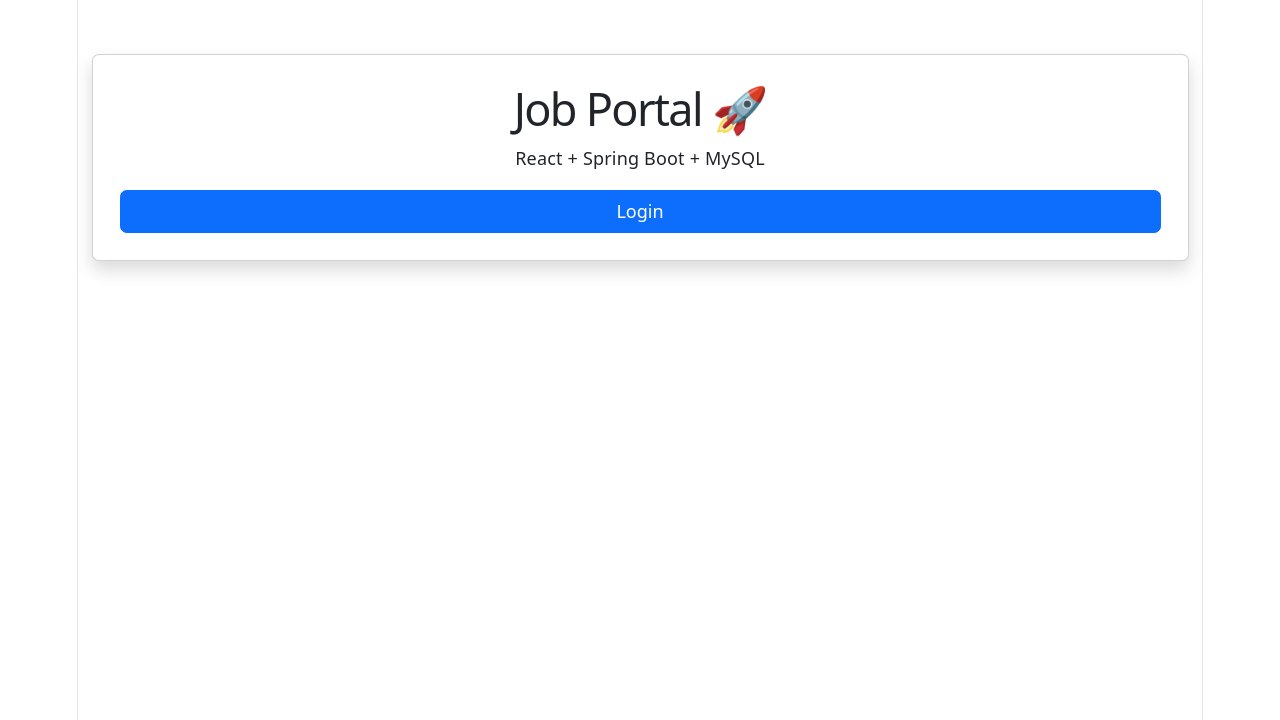
Repository: vijaymp1214/Job-Portal-Management-System
Page: / (app in frontend/)
The author's editor kept a copy of each file at every save. The page is drawn from the files as they stood at one save, then again after the next save.
The browser window is 1280 px wide. The pictures show the whole page.
The project was rebuilt for these pictures with package versions that can differ from the ones it lists, and the page was loaded fresh each time. Also part of the build but not shown: frontend/vite.config.js.

Above is the page before, as saved 2026-05-30 12:55:08.

### frontend/index.html
<!doctype html>
<html lang="en">
  <head>
    <meta charset="UTF-8" />
    <link rel="icon" type="image/svg+xml" href="/favicon.svg" />
    <meta name="viewport" content="width=device-width, initial-scale=1.0" />
    <title>jobportal-frontend</title>
  </head>
  <body>
    <div id="root"></div>
    <script type="module" src="/src/main.jsx"></script>
  </body>
</html>

### frontend/src/index.css
:root {
  --text: #6b6375;
  --text-h: #08060d;
  --bg: #fff;
  --border: #e5e4e7;
  --code-bg: #f4f3ec;
  --accent: #aa3bff;
  --accent-bg: rgba(170, 59, 255, 0.1);
  --accent-border: rgba(170, 59, 255, 0.5);
  --social-bg: rgba(244, 243, 236, 0.5);
  --shadow:
    rgba(0, 0, 0, 0.1) 0 10px 15px -3px, rgba(0, 0, 0, 0.05) 0 4px 6px -2px;

  --sans: system-ui, 'Segoe UI', Roboto, sans-serif;
  --heading: system-ui, 'Segoe UI', Roboto, sans-serif;
  --mono: ui-monospace, Consolas, monospace;

  font: 18px/145% var(--sans);
  letter-spacing: 0.18px;
  color-scheme: light dark;
  color: var(--text);
  background: var(--bg);
  font-synthesis: none;
  text-rendering: optimizeLegibility;
  -webkit-font-smoothing: antialiased;
  -moz-osx-font-smoothing: grayscale;

  @media (max-width: 1024px) {
    font-size: 16px;
  }
}

@media (prefers-color-scheme: dark) {
  :root {
    --text: #9ca3af;
    --text-h: #f3f4f6;
    --bg: #16171d;
    --border: #2e303a;
    --code-bg: #1f2028;
    --accent: #c084fc;
    --accent-bg: rgba(192, 132, 252, 0.15);
    --accent-border: rgba(192, 132, 252, 0.5);
    --social-bg: rgba(47, 48, 58, 0.5);
    --shadow:
      rgba(0, 0, 0, 0.4) 0 10px 15px -3px, rgba(0, 0, 0, 0.25) 0 4px 6px -2px;
  }

  #social .button-icon {
    filter: invert(1) brightness(2);
  }
}

body {
  margin: 0;
}

#root {
  width: 1126px;
  max-width: 100%;
  margin: 0 auto;
  text-align: center;
  border-inline: 1px solid var(--border);
  min-height: 100svh;
  display: flex;
  flex-direction: column;
  box-sizing: border-box;
}

h1,
h2 {
  font-family: var(--heading);
  font-weight: 500;
  color: var(--text-h);
}

h1 {
  font-size: 56px;
  letter-spacing: -1.68px;
  margin: 32px 0;
  @media (max-width: 1024px) {
    font-size: 36px;
    margin: 20px 0;
  }
}
h2 {
  font-size: 24px;
  line-height: 118%;
  letter-spacing: -0.24px;
  margin: 0 0 8px;
  @media (max-width: 1024px) {
    font-size: 20px;
  }
}
p {
  margin: 0;
}

code,
.counter {
  font-family: var(--mono);
  display: inline-flex;
  border-radius: 4px;
  color: var(--text-h);
}

code {
  font-size: 15px;
  line-height: 135%;
  padding: 4px 8px;
  background: var(--code-bg);
}

### frontend/src/App.jsx
function App() {
  return (
    <div className="container mt-5">
      <div className="card shadow p-4">

        <h1 className="text-center">
          Job Portal 🚀
        </h1>

        <p className="text-center">
          React + Spring Boot + MySQL
        </p>

        <button className="btn btn-primary">
          Login
        </button>

      </div>
    </div>
  );
}

export default App;

Loaded but not shown: frontend/src/main.jsx (common file)

After the next save:
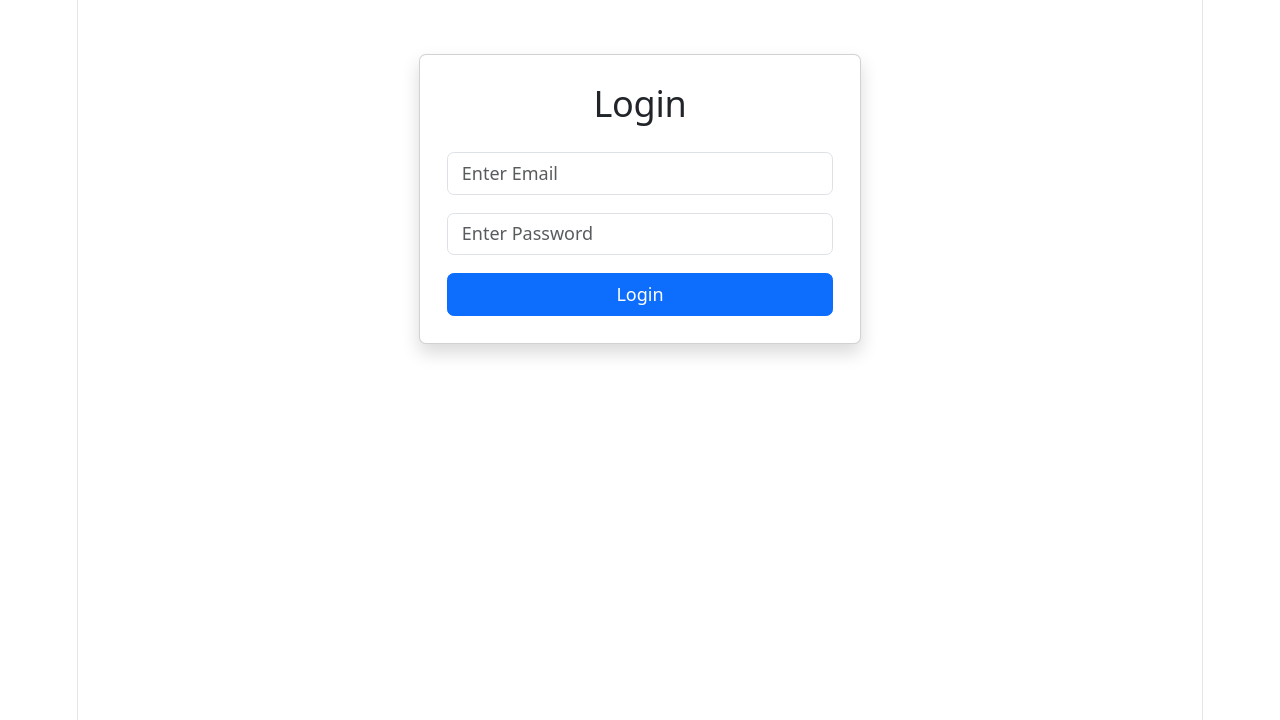
Saved 13 min 20 s later.
--- a/frontend/src/App.jsx
+++ b/frontend/src/App.jsx
@@ -1,19 +1,35 @@
 function App() {
   return (
     <div className="container mt-5">
-      <div className="card shadow p-4">
+      <div className="row justify-content-center">
 
-        <h1 className="text-center">
-          Job Portal 🚀
-        </h1>
+        <div className="col-md-5">
 
-        <p className="text-center">
-          React + Spring Boot + MySQL
-        </p>
+          <div className="card shadow p-4">
 
-        <button className="btn btn-primary">
-          Login
-        </button>
+            <h2 className="text-center mb-4">
+              Login
+            </h2>
+
+            <input
+              type="email"
+              className="form-control mb-3"
+              placeholder="Enter Email"
+            />
+
+            <input
+              type="password"
+              className="form-control mb-3"
+              placeholder="Enter Password"
+            />
+
+            <button className="btn btn-primary w-100">
+              Login
+            </button>
+
+          </div>
+
+        </div>
 
       </div>
     </div>
